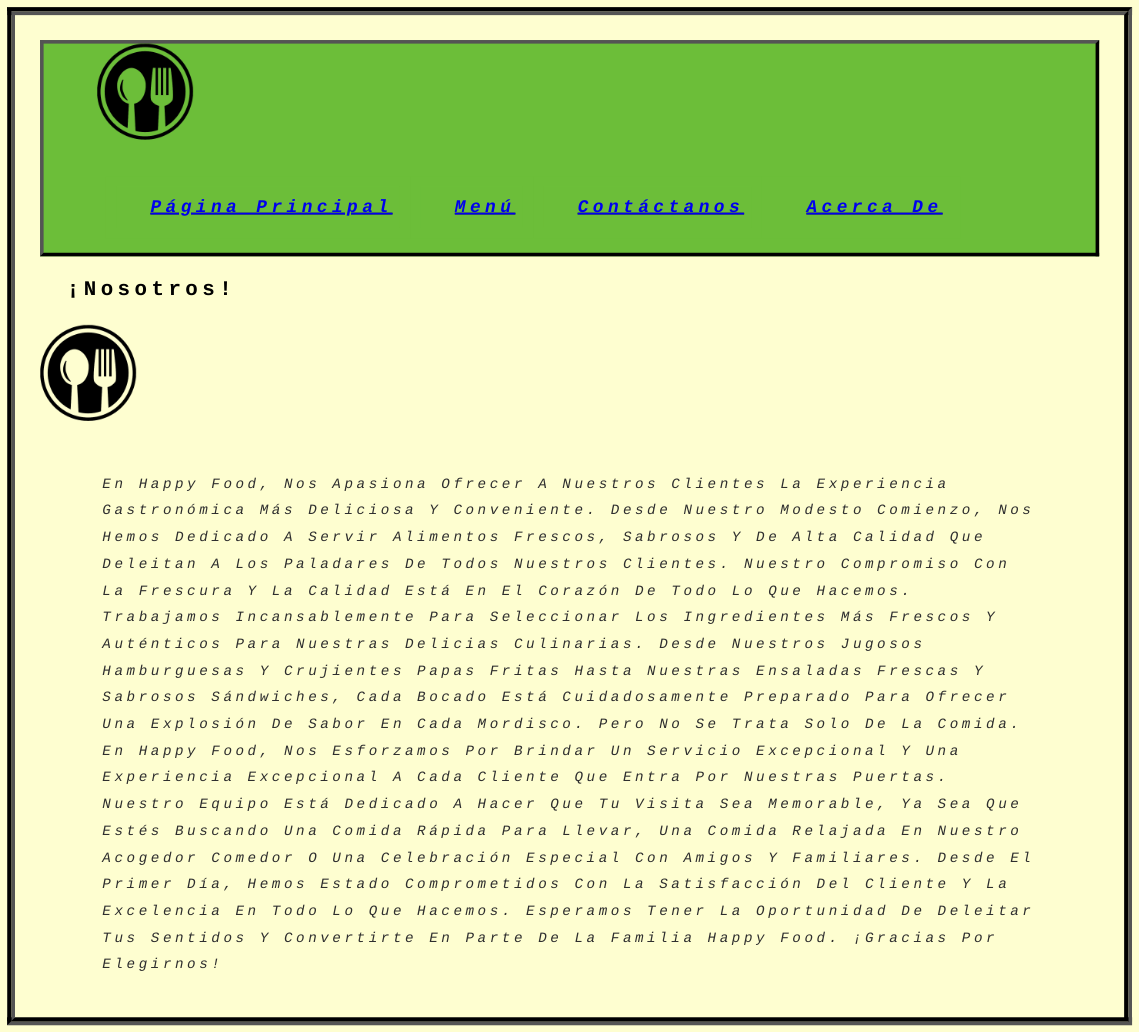
Repository: UVMCoyoacan/eq06_sitio1
Page: Carpeta docs/acercade.html
These files come from the project's save history. The page is drawn as it stood at one moment and after the next save; the edit follows.
The browser window is 1280 px wide. The pictures show the whole page, at 89% of full size.

Above is the page before, as saved 2024-03-08 10:52:39.

After the next save:
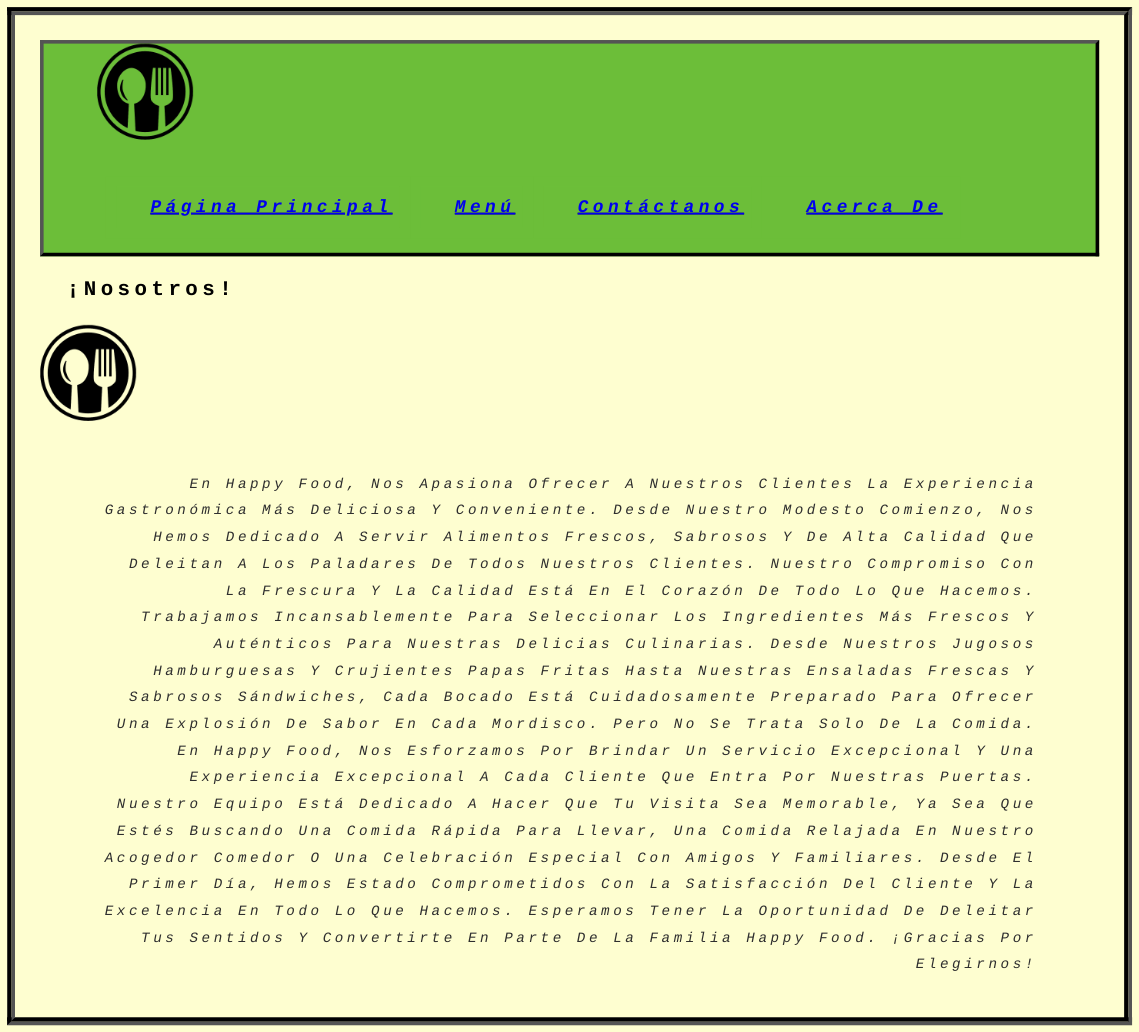
Saved 4 min 17 s later.
--- a/Carpeta docs/acercade.html
+++ b/Carpeta docs/acercade.html
@@ -21,7 +21,7 @@
             </div>
         </header>
         <h3> ¡Nosotros!</h3><img width="108" height="108" src="../Carpeta ims/tres.png" onclick="redirigirIndex()" style="text-align: left; cursor:pointer;";>
-        <ul>
+        <ul style="text-align: right;">
 
 
 <br>
